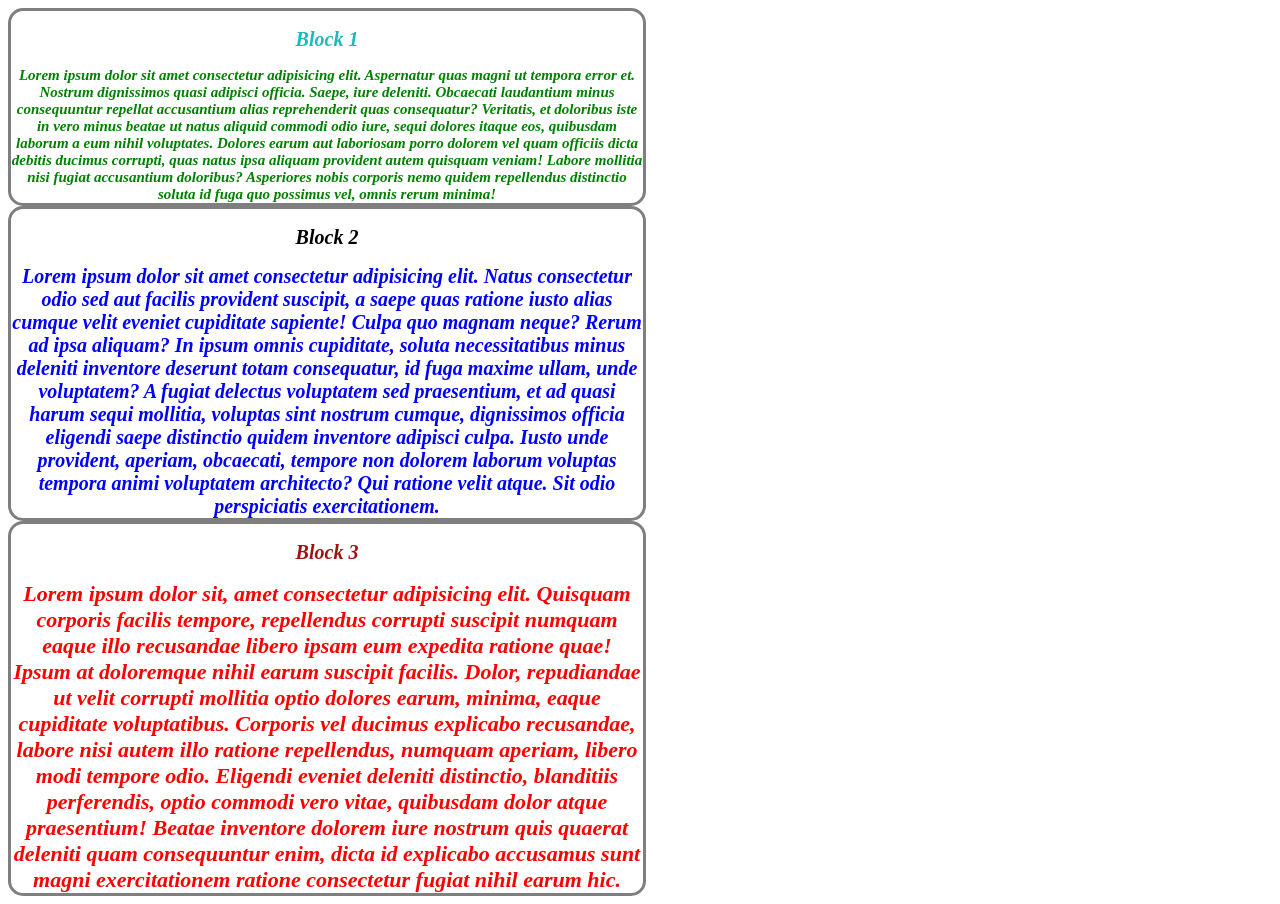
Repository: archangel88/elbrus_homework
Page: phase-0/week-3/day-3/css-fonts/index.html
An editor plug-in stored every save of this project. The page is shown before and after the next save, followed by the edit.
The browser window is 1280 px wide. The pictures show the whole page.

Above is the page before, as saved 2025-10-08 23:19:48.

### phase-0/week-3/day-3/css-fonts/index.html
<!DOCTYPE html>
<html lang="en">
<head>
    <meta charset="UTF-8">
    <meta name="viewport" content="width=device-width, initial-scale=1.0">
    <title>Document</title>
    <link rel="preconnect" href="https://fonts.googleapis.com">
<link rel="preconnect" href="https://fonts.gstatic.com" crossorigin>
<link href="https://fonts.googleapis.com/css2?family=IBM+Plex+Mono:ital,wght@0,100;0,200;0,300;0,400;0,500;0,600;0,700;1,100;1,200;1,300;1,400;1,500;1,600;1,700&display=swap" rel="stylesheet">
    <link rel="stylesheet" href="./style.css" />
</head>
<body>
   <div class="n1">
    <h2>
        Block 1
    </h2>
        Lorem ipsum dolor sit amet consectetur adipisicing elit. Aspernatur quas magni ut tempora error et. Nostrum dignissimos quasi adipisci officia. Saepe, iure deleniti. Obcaecati laudantium minus consequuntur repellat accusantium alias reprehenderit quas consequatur? Veritatis, et doloribus iste in vero minus beatae ut natus aliquid commodi odio iure, sequi dolores itaque eos, quibusdam laborum a eum nihil voluptates. Dolores earum aut laboriosam porro dolorem vel quam officiis dicta debitis ducimus corrupti, quas natus ipsa aliquam provident autem quisquam veniam! Labore mollitia nisi fugiat accusantium doloribus? Asperiores nobis corporis nemo quidem repellendus distinctio soluta id fuga quo possimus vel, omnis rerum minima!
   </div>
   <div class="n2">
    <h2>
        Block 2
    </h2>
        Lorem ipsum dolor sit amet consectetur adipisicing elit. Natus consectetur odio sed aut facilis provident suscipit, a saepe quas ratione iusto alias cumque velit eveniet cupiditate sapiente! Culpa quo magnam neque? Rerum ad ipsa aliquam? In ipsum omnis cupiditate, soluta necessitatibus minus deleniti inventore deserunt totam consequatur, id fuga maxime ullam, unde voluptatem? A fugiat delectus voluptatem sed praesentium, et ad quasi harum sequi mollitia, voluptas sint nostrum cumque, dignissimos officia eligendi saepe distinctio quidem inventore adipisci culpa. Iusto unde provident, aperiam, obcaecati, tempore non dolorem laborum voluptas tempora animi voluptatem architecto? Qui ratione velit atque. Sit odio perspiciatis exercitationem.
   </div>
   <div class="n3">
    <h2>
        Block 3
    </h2>
        Lorem ipsum dolor sit, amet consectetur adipisicing elit. Quisquam corporis facilis tempore, repellendus corrupti suscipit numquam eaque illo recusandae libero ipsam eum expedita ratione quae! Ipsum at doloremque nihil earum suscipit facilis. Dolor, repudiandae ut velit corrupti mollitia optio dolores earum, minima, eaque cupiditate voluptatibus. Corporis vel ducimus explicabo recusandae, labore nisi autem illo ratione repellendus, numquam aperiam, libero modi tempore odio. Eligendi eveniet deleniti distinctio, blanditiis perferendis, optio commodi vero vitae, quibusdam dolor atque praesentium! Beatae inventore dolorem iure nostrum quis quaerat deleniti quam consequuntur enim, dicta id explicabo accusamus sunt magni exercitationem ratione consectetur fugiat nihil earum hic.
   </div>
</body>
</html>

### phase-0/week-3/day-3/css-fonts/style.css
div {
    display: inline-block;
    text-align:center;
    width: 50%;
    border: 3px solid rgb(0,0,0,0.5);
    border-radius: 15px;
    vertical-align: top;
}

.n1{
    font-family: IBM, bottom;
    font-weight: 900;
    font-style: oblique;
    font-size: 15px;
    color: green;
}

.n1 h2{
   font-family: IBM, bottom;
    font-weight: 900;
    font-style: oblique;
    font-size: 20px;
    color: rgb(27, 187, 187);
}

.n2{
    font-family: IBM, bottom;
    font-weight: 900;
    font-style: oblique;
    font-size: 20px;
    color: blue;
}

.n2 h2{
   font-family: IBM, bottom;
    font-weight: 900;
    font-style: oblique;
    font-size: 20px;
    color: black;
}

.n3{
    font-family: IBM, bottom;
    font-weight: 900;
    font-style: oblique;
    font-size: 22px;
    color: red;
}

.n3 h2{
   font-family: IBM, bottom;
    font-weight: 900;
    font-style: oblique;
    font-size: 20px;
    color: rgb(161, 19, 19);
}

After the next save:
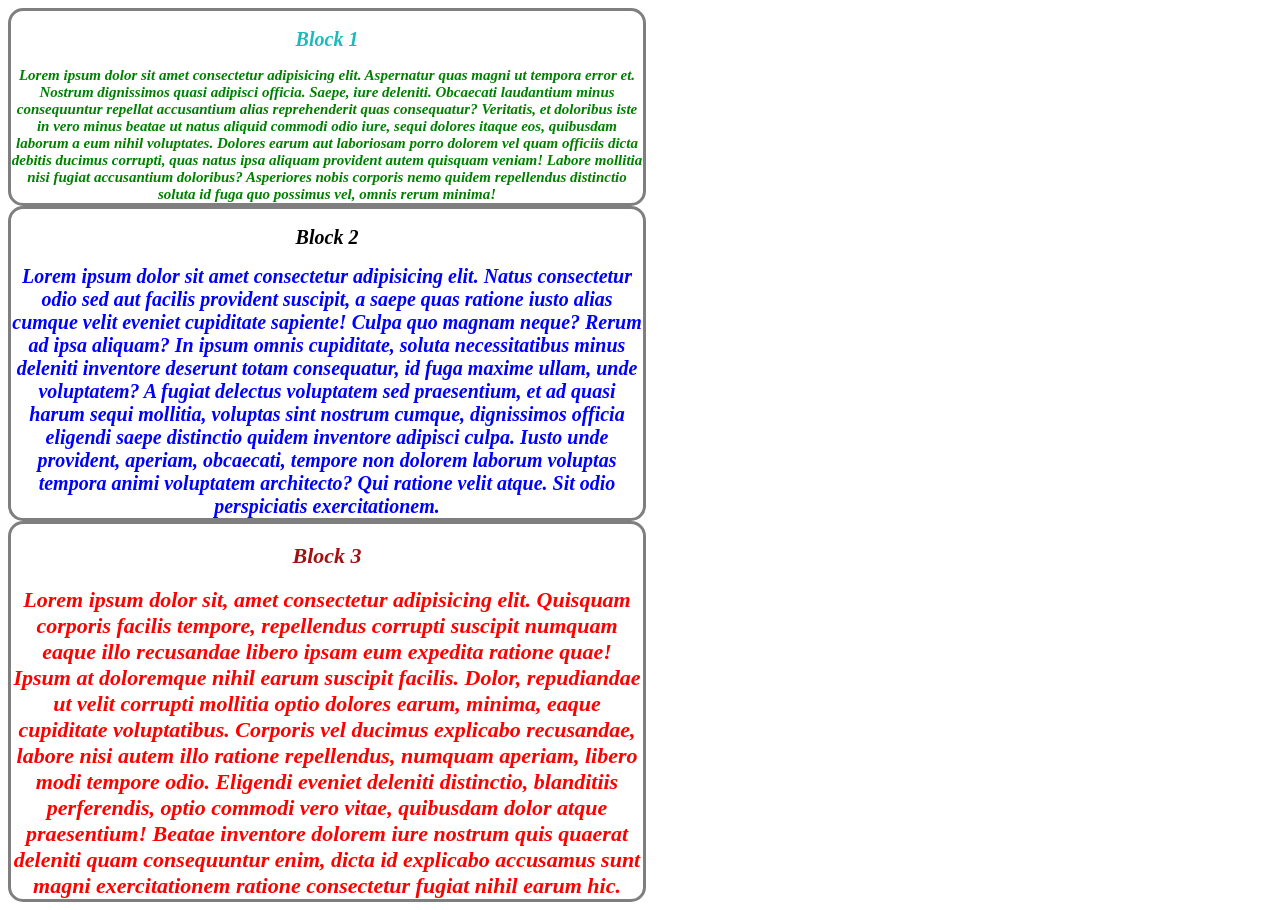
Saved 14 s later.
--- a/phase-0/week-3/day-3/css-fonts/style.css
+++ b/phase-0/week-3/day-3/css-fonts/style.css
@@ -51,6 +51,6 @@ div {
    font-family: IBM, bottom;
     font-weight: 900;
     font-style: oblique;
-    font-size: 20px;
+    font-size: 22px;
     color: rgb(161, 19, 19);
 }
